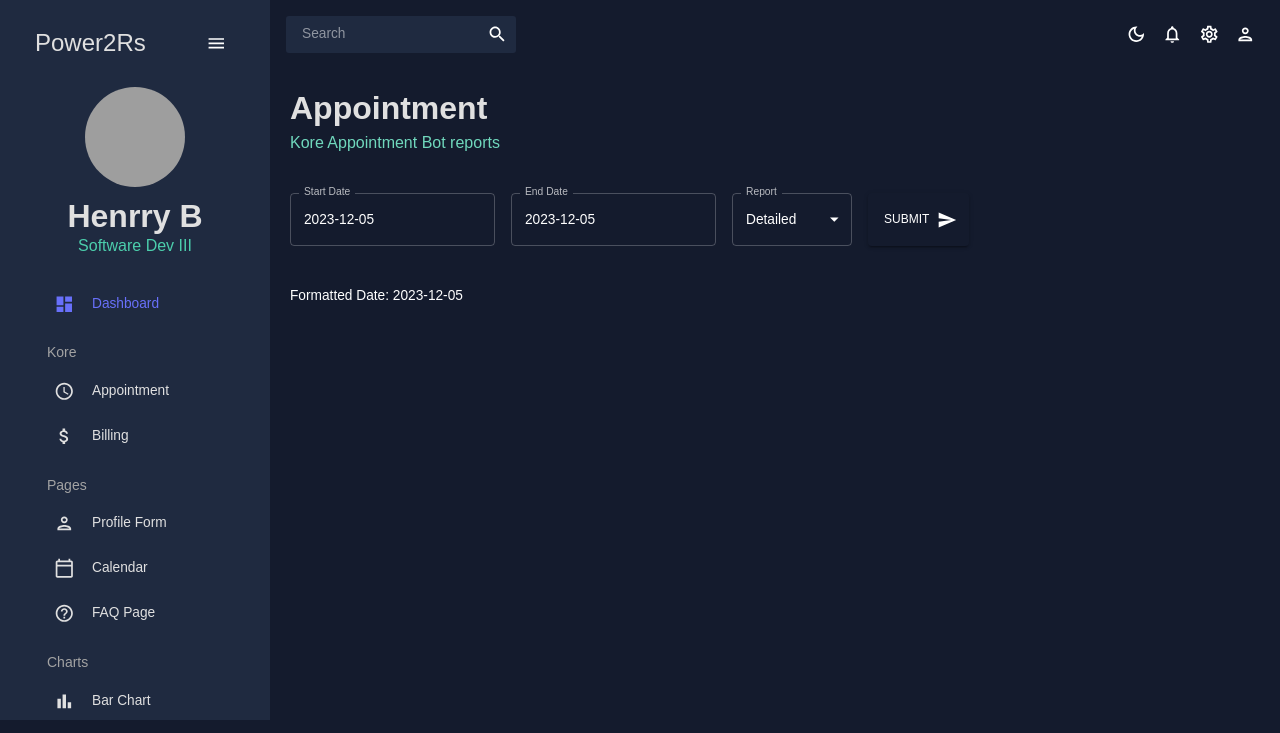
Repository: HenrryWith2Rs/reporthub
Page: /kore/appt (app in ui/)
An editor plug-in stored every save of this project. The page is shown before and after the next save, followed by the edit.
The browser window is 1280 px wide. The pictures show the whole page.
Pictures or frames that could not be fetched are drawn as grey boxes. The project was rebuilt for these pictures with package versions that can differ from the ones it lists, and the page was loaded fresh each time. Also part of the build but not shown: ui/vite.config.ts, ui/src/data/mockData.ts, ui/src/components/LineChart.tsx, ui/src/data/mockGeoFeatures.ts, ui/src/components/GeographyChart.tsx, ui/src/data/dataParser.ts, ui/src/components/BarChart.tsx, ui/src/components/ProgressCircle.tsx and 7 more.

Above is the page before, as saved 2023-12-06 19:14:11.

### ui/src/main.tsx
import React from 'react';
import ReactDOM from 'react-dom/client';
import { BrowserRouter } from 'react-router-dom';
import App from './App.tsx';
import './index.css';
import { LocalizationProvider } from '@mui/x-date-pickers';
import { AdapterDateFns } from '@mui/x-date-pickers/AdapterDateFns';
import { QueryClient, QueryClientProvider } from '@tanstack/react-query';
// import {ReactQueryDevtools} from "@tanstack/react-query-devtools"

const queryClient = new QueryClient();

ReactDOM.createRoot(document.getElementById('root')!).render(
  <React.StrictMode>
    <LocalizationProvider dateAdapter={AdapterDateFns}>
      <BrowserRouter>
        <QueryClientProvider client={queryClient}>
          <App />
        </QueryClientProvider>
      </BrowserRouter>
    </LocalizationProvider>
  </React.StrictMode>
);

### ui/src/App.tsx
import { Routes, Route } from 'react-router-dom';
import ThemeRegistry from './ThemeRegistry/ThemeRegistry';
import Topbar from './scenes/global/Topbar';
import Sidebar from './scenes/global/Sidebar';
import Dashboard from './scenes/dashboard';
import Appointment from './scenes/appointment';
import Bar from './scenes/bar';
import Pie from './scenes/pie';
import Line from './scenes/line';
import Geography from './scenes/geography';

function App() {
  return (
    <ThemeRegistry>
      <div className="app">
        <Sidebar />
        <main className="content">
          <Topbar />
          <Routes>
            <Route path="/" element={<Dashboard />} />
            <Route path="/kore/appt" element={<Appointment />} />
            <Route path="/bar" element={<Bar />} />
            <Route path="/pie" element={<Pie />} />
            <Route path="/line" element={<Line />} />
            <Route path="/geography" element={<Geography />} />
          </Routes>
        </main>
      </div>
    </ThemeRegistry>
  );
}

export default App;

### ui/src/index.css
@import url('https://fonts.googleapis.com/css2?family=Poppins:wght@300;400;500;600&family=Source+Code+Pro:wght@400;600;700&display=swap');

html,
body,
#root,
.app,
.content {
  height: 100%;
  width: 100%;
  font-family: 'Source Sans Pro', sans-serif;
}

.app {
  display: flex;
  position: relative;
}

::-webkit-scrollbar {
  width: 10px;
}

/* Track */
::-webkit-scrollbar-track {
  background: #e0e0e0;
}

/* Handle */
::-webkit-scrollbar-thumb {
  background: #888;
}

/* Handle on hover */
::-webkit-scrollbar-thumb:hover {
  background: #555;
}

### ui/src/ThemeRegistry/ThemeRegistry.tsx
import { ThemeProvider, CssBaseline } from '@mui/material';
import { ColorModeContext, useMode } from './theme';

export default function ThemeRegistry({
  children,
}: {
  children: React.ReactNode;
}) {
  const [theme, colorMode] = useMode();
  return (
    <ColorModeContext.Provider value={colorMode}>
      <ThemeProvider theme={theme}>
        {/* CssBaseline kickstart an elegant, consistent, and simple baseline to build upon. */}
        <CssBaseline />
        {children}
      </ThemeProvider>
    </ColorModeContext.Provider>
  );
}

### ui/src/scenes/global/Topbar.tsx
import { Box, IconButton, useTheme } from '@mui/material';
import { useContext } from 'react';
import { ColorModeContext, tokens } from '../../ThemeRegistry/theme';
import InputBase from '@mui/material/InputBase';
import LightModeOutlinedIcon from '@mui/icons-material/LightModeOutlined';
import DarkModeOutlinedIcon from '@mui/icons-material/DarkModeOutlined';
import NotificationsOutlinedIcon from '@mui/icons-material/NotificationsOutlined';
import SettingsOutlinedIcon from '@mui/icons-material/SettingsOutlined';
import PersonOutlinedIcon from '@mui/icons-material/PersonOutlined';
import SearchIcon from '@mui/icons-material/Search';

const Topbar = () => {
  const theme = useTheme();
  const colors = tokens(theme.palette.mode);
  const colorMode = useContext(ColorModeContext);

  return (
    <Box display="flex" justifyContent="space-between" p={2}>
      {/* SEARCH BAR */}
      <Box
        sx={{
          display: 'flex',
          backgroundColor: colors.primary[400],
          borderRadius: '3px',
        }}
      >
        <InputBase sx={{ ml: 2, flex: 1 }} placeholder="Search" />
        <IconButton type="button" sx={{ p: 1 }}>
          <SearchIcon />
        </IconButton>
      </Box>

      {/* ICONS */}
      <Box display="flex">
        <IconButton onClick={colorMode.toggleColorMode}>
          {theme.palette.mode === 'dark' ? (
            <DarkModeOutlinedIcon />
          ) : (
            <LightModeOutlinedIcon />
          )}
        </IconButton>
        <IconButton>
          <NotificationsOutlinedIcon />
        </IconButton>
        <IconButton>
          <SettingsOutlinedIcon />
        </IconButton>
        <IconButton>
          <PersonOutlinedIcon />
        </IconButton>
      </Box>
    </Box>
  );
};

export default Topbar;

### ui/src/scenes/global/Sidebar.tsx
import { useState } from 'react';
import { ProSidebar, Menu, MenuItem } from 'react-pro-sidebar';
import { Box, IconButton, Typography, useTheme } from '@mui/material';
import { Link } from 'react-router-dom';
import 'react-pro-sidebar/dist/css/styles.css';
import { tokens } from '../../ThemeRegistry/theme';
import DashboardIcon from '@mui/icons-material/Dashboard';
import AccessTimeIcon from '@mui/icons-material/AccessTime';
import AttachMoneyIcon from '@mui/icons-material/AttachMoney';

import PersonOutlinedIcon from '@mui/icons-material/PersonOutlined';
import CalendarTodayOutlinedIcon from '@mui/icons-material/CalendarTodayOutlined';
import HelpOutlineOutlinedIcon from '@mui/icons-material/HelpOutlineOutlined';
import BarChartOutlinedIcon from '@mui/icons-material/BarChartOutlined';
import PieChartOutlineOutlinedIcon from '@mui/icons-material/PieChartOutlineOutlined';
import TimelineOutlinedIcon from '@mui/icons-material/TimelineOutlined';
import MenuOutlinedIcon from '@mui/icons-material/MenuOutlined';
import MapOutlinedIcon from '@mui/icons-material/MapOutlined';

type ItemProps = {
  title: string;
  to: string;
  icon: JSX.Element;
  selected: string;
  setSelected: React.Dispatch<React.SetStateAction<string>>;
};

const Item: React.FC<ItemProps> = ({
  title,
  to,
  icon,
  selected,
  setSelected,
}) => {
  const theme = useTheme();
  const colors = tokens(theme.palette.mode);
  return (
    <MenuItem
      active={selected === title}
      style={{
        color: colors.grey[100],
      }}
      onClick={() => setSelected(title)}
      icon={icon}
    >
      <Typography>{title}</Typography>
      <Link to={to} />
    </MenuItem>
  );
};

const Sidebar = () => {
  const theme = useTheme();
  const colors = tokens(theme.palette.mode);
  const [isCollapsed, setIsCollapsed] = useState(false);
  const [selected, setSelected] = useState('Dashboard');

  return (
    <Box
      sx={{
        '& .pro-sidebar-inner': {
          background: `${colors.primary[400]} !important`,
        },
        '& .pro-icon-wrapper': {
          backgroundColor: 'transparent !important',
        },
        '& .pro-inner-item': {
          padding: '5px 35px 5px 20px !important',
        },
        '& .pro-inner-item:hover': {
          color: '#868dfb !important',
        },
        '& .pro-menu-item.active': {
          color: '#6870fa !important',
        },
      }}
    >
      <ProSidebar collapsed={isCollapsed}>
        <Menu iconShape="square">
          {/* LOGO AND MENU ICON */}
          <MenuItem
            onClick={() => setIsCollapsed(!isCollapsed)}
            icon={isCollapsed ? <MenuOutlinedIcon /> : undefined}
            style={{
              margin: '10px 0 20px 0',
              color: colors.grey[100],
            }}
          >
            {!isCollapsed && (
              <Box
                display="flex"
                justifyContent="space-between"
                alignItems="center"
                ml="15px"
              >
                <Typography variant="h3" color={colors.grey[100]}>
                  Power2Rs
                </Typography>
                <IconButton onClick={() => setIsCollapsed(!isCollapsed)}>
                  <MenuOutlinedIcon />
                </IconButton>
              </Box>
            )}
          </MenuItem>

          {!isCollapsed && (
            <Box mb="25px">
              <Box display="flex" justifyContent="center" alignItems="center">
                <img
                  alt="profile-user"
                  width="100px"
                  height="100px"
                  src={`../../assets/me.png`}
                  style={{ cursor: 'pointer', borderRadius: '50%' }}
                />
              </Box>
              <Box textAlign="center">
                <Typography
                  variant="h2"
                  color={colors.grey[100]}
                  fontWeight="bold"
                  sx={{ m: '10px 0 0 0' }}
                >
                  Henrry B
                </Typography>
                <Typography variant="h5" color={colors.greenAccent[500]}>
                  Software Dev III
                </Typography>
              </Box>
            </Box>
          )}

          <Box paddingLeft={isCollapsed ? undefined : '10%'}>
            <Item
              title="Dashboard"
              to="/"
              icon={<DashboardIcon />}
              selected={selected}
              setSelected={setSelected}
            />

            <Typography
              variant="h6"
              color={colors.grey[300]}
              sx={{ m: '15px 0 5px 20px' }}
            >
              Kore
            </Typography>
            <Item
              title="Appointment"
              to="/kore/appt"
              icon={<AccessTimeIcon />}
              selected={selected}
              setSelected={setSelected}
            />
            <Item
              title="Billing"
              to="/kore/bill"
              icon={<AttachMoneyIcon />}
              selected={selected}
              setSelected={setSelected}
            />

            <Typography
              variant="h6"
              color={colors.grey[300]}
              sx={{ m: '15px 0 5px 20px' }}
            >
              Pages
            </Typography>
            <Item
              title="Profile Form"
              to="/form"
              icon={<PersonOutlinedIcon />}
              selected={selected}
              setSelected={setSelected}
            />
            <Item
              title="Calendar"
              to="/calendar"
              icon={<CalendarTodayOutlinedIcon />}
              selected={selected}
              setSelected={setSelected}
            />
            <Item
              title="FAQ Page"
              to="/faq"
              icon={<HelpOutlineOutlinedIcon />}
              selected={selected}
              setSelected={setSelected}
            />

            <Typography
              variant="h6"
              color={colors.grey[300]}
              sx={{ m: '15px 0 5px 20px' }}
            >
              Charts
            </Typography>
            <Item
              title="Bar Chart"
              to="/bar"
              icon={<BarChartOutlinedIcon />}
              selected={selected}
              setSelected={setSelected}
            />
            <Item
              title="Pie Chart"
              to="/pie"
              icon={<PieChartOutlineOutlinedIcon />}
              selected={selected}
              setSelected={setSelected}
            />
            <Item
              title="Line Chart"
              to="/line"
              icon={<TimelineOutlinedIcon />}
              selected={selected}
              setSelected={setSelected}
            />
            <Item
              title="Geography Chart"
              to="/geography"
              icon={<MapOutlinedIcon />}
              selected={selected}
              setSelected={setSelected}
            />
          </Box>
        </Menu>
      </ProSidebar>
    </Box>
  );
};

export default Sidebar;

### ui/src/scenes/appointment/index.tsx
import { useState } from 'react';
import { useTheme, Box, Stack, Button } from '@mui/material';
import { tokens } from '../../ThemeRegistry/theme';
import Header from '../../components/Header';
import SendIcon from '@mui/icons-material/Send';
import { DatePicker } from '@mui/x-date-pickers/DatePicker';
import { format } from 'date-fns';
import {
  FormControl,
  FormLabel,
  FormControlLabel,
  RadioGroup,
  Radio,
} from '@mui/material';
import InputLabel from '@mui/material/InputLabel';
import MenuItem from '@mui/material/MenuItem';
import Select, { SelectChangeEvent } from '@mui/material/Select';
import { getLastNDays } from '../../utils/dateUtils';

const Appointment = () => {
  const theme = useTheme();
  const colors = tokens(theme.palette.mode);

  const [dateStart, setDateStart] = useState<Date | null>(new Date());
  const [dateEnd, setDateEnd] = useState<Date | null>(new Date());
  const [reportType, setReportType] = useState<string>('detailed');

  // const handleRadioChange = (event: React.ChangeEvent<HTMLInputElement>) => {
  //   setReportType(event.target.value);
  // };

  const handleSelectChange = (event: SelectChangeEvent) => {
    setReportType(event.target.value as string);
  };

  return (
    <Box m="20px">
      <Header title="Appointment" subtitle="Kore Appointment Bot reports" />
      <Box m="40px 0 0 0" height="75vh">
        <Stack direction="row" spacing={2}>
          <DatePicker
            label="Start Date"
            format="yyyy-MM-dd"
            value={dateStart}
            onChange={(newValue) => setDateStart(newValue)}
          />
          <DatePicker
            label="End Date"
            format="yyyy-MM-dd"
            value={dateEnd}
            onChange={(newValue) => setDateEnd(newValue)}
          />
          {/* <FormControl>
            <FormLabel>Report Type</FormLabel>
            <RadioGroup
              row
              name="row-radio-buttons-group"
              value={reportType}
              onChange={handleRadioChange}
            >
              <FormControlLabel
                value="detailed"
                control={<Radio color="success" />}
                label="detailed"
              />
              <FormControlLabel
                value="summary"
                control={<Radio color="success" />}
                label="summary"
              />
            </RadioGroup>
          </FormControl> */}
          <FormControl sx={{ minWidth: 120 }}>
            <InputLabel id="demo-simple-select-label">Report</InputLabel>
            <Select
              labelId="demo-simple-select-label"
              id="demo-simple-select"
              value={reportType}
              label="Report"
              onChange={handleSelectChange}
            >
              <MenuItem value={'detailed'}>Detailed</MenuItem>
              <MenuItem value={'summary'}>Summary</MenuItem>
            </Select>
          </FormControl>
          <Button variant="contained" endIcon={<SendIcon />}>
            Submit
          </Button>
        </Stack>
        <Box m="40px 0 0 0" height="10vh">
          {dateStart && (
            <div>Formatted Date: {format(dateStart, 'yyyy-MM-dd')}</div>
          )}
        </Box>
      </Box>
    </Box>
  );
};

export default Appointment;

### ui/src/ThemeRegistry/theme.ts
import { createContext, useState, useMemo } from 'react';
import { Theme, createTheme } from '@mui/material/styles';

type Mode = 'dark' | 'light';

// color design tokens export
export const tokens = (mode: Mode) => ({
  ...(mode === 'dark'
    ? {
        grey: {
          100: '#e0e0e0',
          200: '#c2c2c2',
          300: '#a3a3a3',
          400: '#858585',
          500: '#666666',
          600: '#525252',
          700: '#3d3d3d',
          800: '#292929',
          900: '#141414',
        },
        primary: {
          100: '#d0d1d5',
          200: '#a1a4ab',
          300: '#727681',
          400: '#1F2A40',
          500: '#141b2d',
          600: '#101624',
          700: '#0c101b',
          800: '#080b12',
          900: '#040509',
        },
        greenAccent: {
          100: '#dbf5ee',
          200: '#b7ebde',
          300: '#94e2cd',
          400: '#70d8bd',
          500: '#4cceac',
          600: '#3da58a',
          700: '#2e7c67',
          800: '#1e5245',
          900: '#0f2922',
        },
        redAccent: {
          100: '#f8dcdb',
          200: '#f1b9b7',
          300: '#e99592',
          400: '#e2726e',
          500: '#db4f4a',
          600: '#af3f3b',
          700: '#832f2c',
          800: '#58201e',
          900: '#2c100f',
        },
        blueAccent: {
          100: '#e1e2fe',
          200: '#c3c6fd',
          300: '#a4a9fc',
          400: '#868dfb',
          500: '#6870fa',
          600: '#535ac8',
          700: '#3e4396',
          800: '#2a2d64',
          900: '#151632',
        },
      }
    : {
        grey: {
          100: '#141414',
          200: '#292929',
          300: '#3d3d3d',
          400: '#525252',
          500: '#666666',
          600: '#858585',
          700: '#a3a3a3',
          800: '#c2c2c2',
          900: '#e0e0e0',
        },
        primary: {
          100: '#040509',
          200: '#080b12',
          300: '#0c101b',
          400: '#f2f0f0', // manually changed
          500: '#141b2d',
          600: '#1F2A40',
          700: '#727681',
          800: '#a1a4ab',
          900: '#d0d1d5',
        },
        greenAccent: {
          100: '#0f2922',
          200: '#1e5245',
          300: '#2e7c67',
          400: '#3da58a',
          500: '#4cceac',
          600: '#70d8bd',
          700: '#94e2cd',
          800: '#b7ebde',
          900: '#dbf5ee',
        },
        redAccent: {
          100: '#2c100f',
          200: '#58201e',
          300: '#832f2c',
          400: '#af3f3b',
          500: '#db4f4a',
          600: '#e2726e',
          700: '#e99592',
          800: '#f1b9b7',
          900: '#f8dcdb',
        },
        blueAccent: {
          100: '#151632',
          200: '#2a2d64',
          300: '#3e4396',
          400: '#535ac8',
          500: '#6870fa',
          600: '#868dfb',
          700: '#a4a9fc',
          800: '#c3c6fd',
          900: '#e1e2fe',
        },
      }),
});

// mui theme settings
export const themeSettings = (mode: Mode) => {
  const colors = tokens(mode);
  return {
    palette: {
      mode: mode,
      ...(mode === 'dark'
        ? {
            // palette values for dark mode
            primary: {
              main: colors.primary[500],
            },
            secondary: {
              main: colors.greenAccent[500],
            },
            neutral: {
              dark: colors.grey[700],
              main: colors.grey[500],
              light: colors.grey[100],
            },
            background: {
              default: colors.primary[500],
            },
          }
        : {
            // palette values for light mode
            primary: {
              main: colors.primary[100],
            },
            secondary: {
              main: colors.greenAccent[500],
            },
            neutral: {
              dark: colors.grey[700],
              main: colors.grey[500],
              light: colors.grey[100],
            },
            background: {
              default: '#fcfcfc',
            },
          }),
    },
    typography: {
      fontFamily: ['Source Sans Pro', 'sans-serif'].join(','),
      fontSize: 12,
      h1: {
        fontFamily: ['Source Sans Pro', 'sans-serif'].join(','),
        fontSize: 40,
      },
      h2: {
        fontFamily: ['Source Sans Pro', 'sans-serif'].join(','),
        fontSize: 32,
      },
      h3: {
        fontFamily: ['Source Sans Pro', 'sans-serif'].join(','),
        fontSize: 24,
      },
      h4: {
        fontFamily: ['Source Sans Pro', 'sans-serif'].join(','),
        fontSize: 20,
      },
      h5: {
        fontFamily: ['Source Sans Pro', 'sans-serif'].join(','),
        fontSize: 16,
      },
      h6: {
        fontFamily: ['Source Sans Pro', 'sans-serif'].join(','),
        fontSize: 14,
      },
    },
  };
};

// context for color mode
export const ColorModeContext = createContext({
  toggleColorMode: () => {},
});

export const useMode = (): [Theme, { toggleColorMode: () => void }] => {
  const [mode, setMode] = useState<Mode>('dark');

  const colorMode = useMemo(
    () => ({
      toggleColorMode: () =>
        setMode((prev) => (prev === 'light' ? 'dark' : 'light')),
    }),
    []
  );

  const theme = useMemo(() => createTheme(themeSettings(mode)), [mode]);
  return [theme, colorMode];
};

### ui/src/components/Header.tsx
import { Typography, Box, useTheme } from '@mui/material';
import { tokens } from '../ThemeRegistry/theme';

type HeaderProps = {
  title: string;
  subtitle: string;
};

const Header = ({ title, subtitle }: HeaderProps) => {
  const theme = useTheme();
  const colors = tokens(theme.palette.mode);
  return (
    <Box mb="30px">
      <Typography
        variant="h2"
        color={colors.grey[100]}
        fontWeight="bold"
        sx={{ m: '0 0 5px 0' }}
      >
        {title}
      </Typography>
      <Typography variant="h5" color={colors.greenAccent[400]}>
        {subtitle}
      </Typography>
    </Box>
  );
};

export default Header;

Loaded but not shown: ui/index.html (common file)

After the next save:
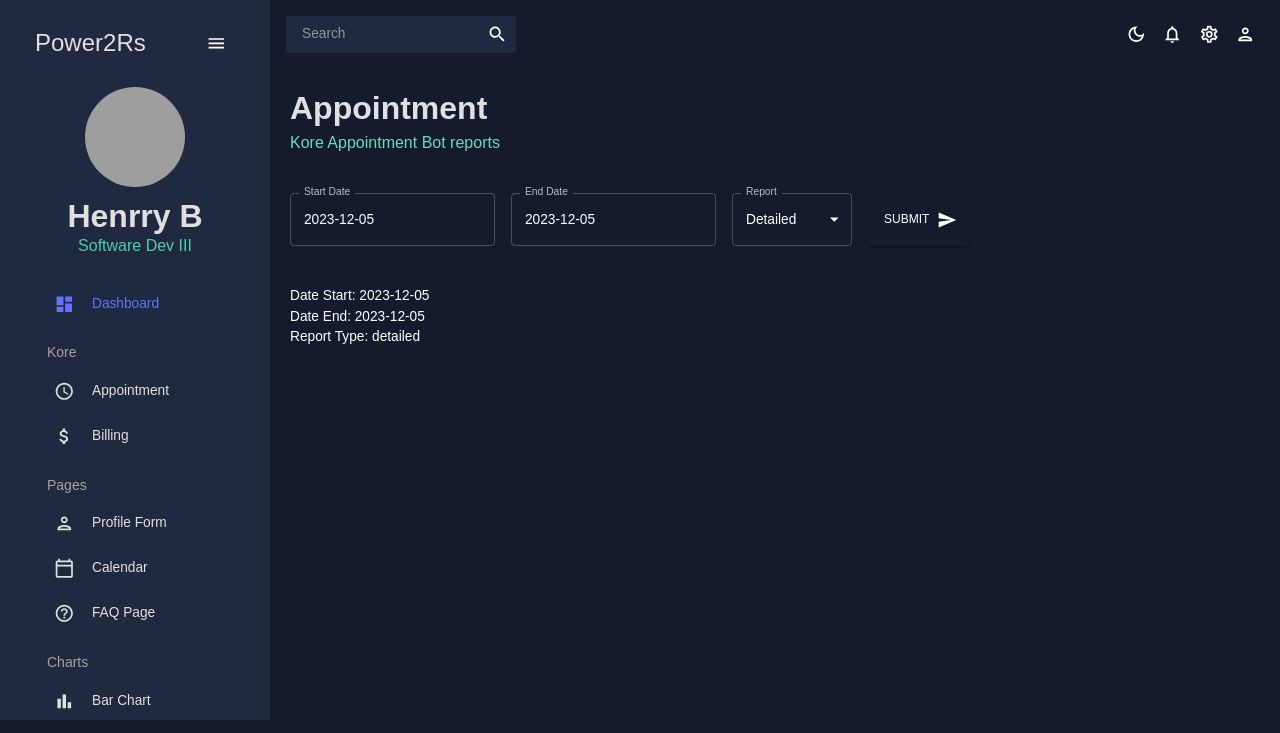
Saved 82 s later.
--- a/ui/src/scenes/appointment/index.tsx
+++ b/ui/src/scenes/appointment/index.tsx
@@ -89,8 +89,10 @@ const Appointment = () => {
         </Stack>
         <Box m="40px 0 0 0" height="10vh">
           {dateStart && (
-            <div>Formatted Date: {format(dateStart, 'yyyy-MM-dd')}</div>
+            <div>Date Start: {format(dateStart, 'yyyy-MM-dd')}</div>
           )}
+          {dateEnd && <div>Date End: {format(dateEnd, 'yyyy-MM-dd')}</div>}
+          {reportType && <div>Report Type: {reportType}</div>}
         </Box>
       </Box>
     </Box>
